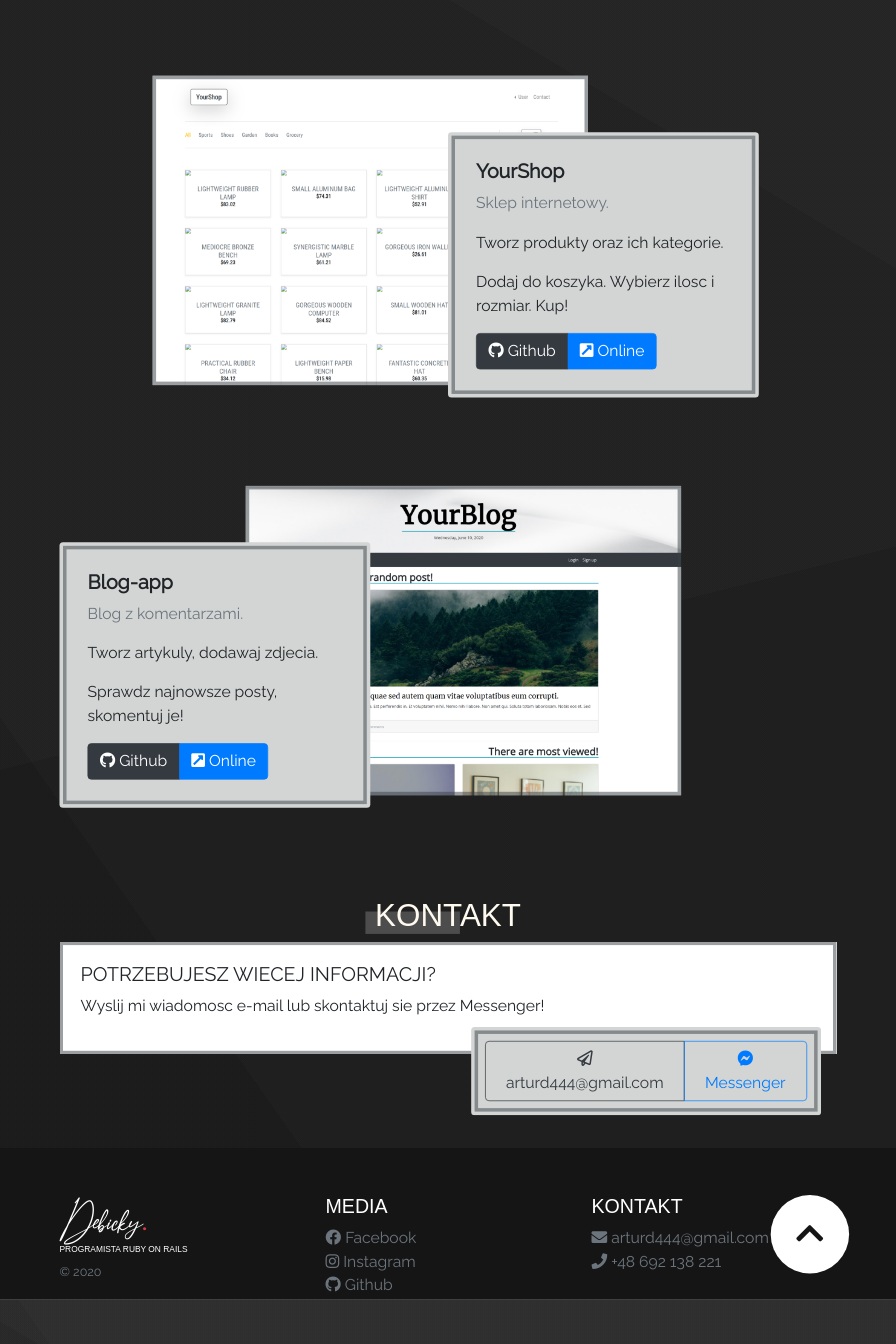
Repository: debicky/debicky.github.io
Page: index.html
The author's editor kept a copy of each file at every save. The page is drawn from the files as they stood at one save, then again after the next save.
The browser window is 1280 px wide. The pictures show the part of the page from y = 2713 to 4633 px (the page is 4633 px tall), at 70% of full size.
Some web fonts or font styles are not loaded; a fallback is used. Some web libraries are served in a nearby version.

Above is the page before, as saved 2020-06-16 09:44:01.

After the next save:
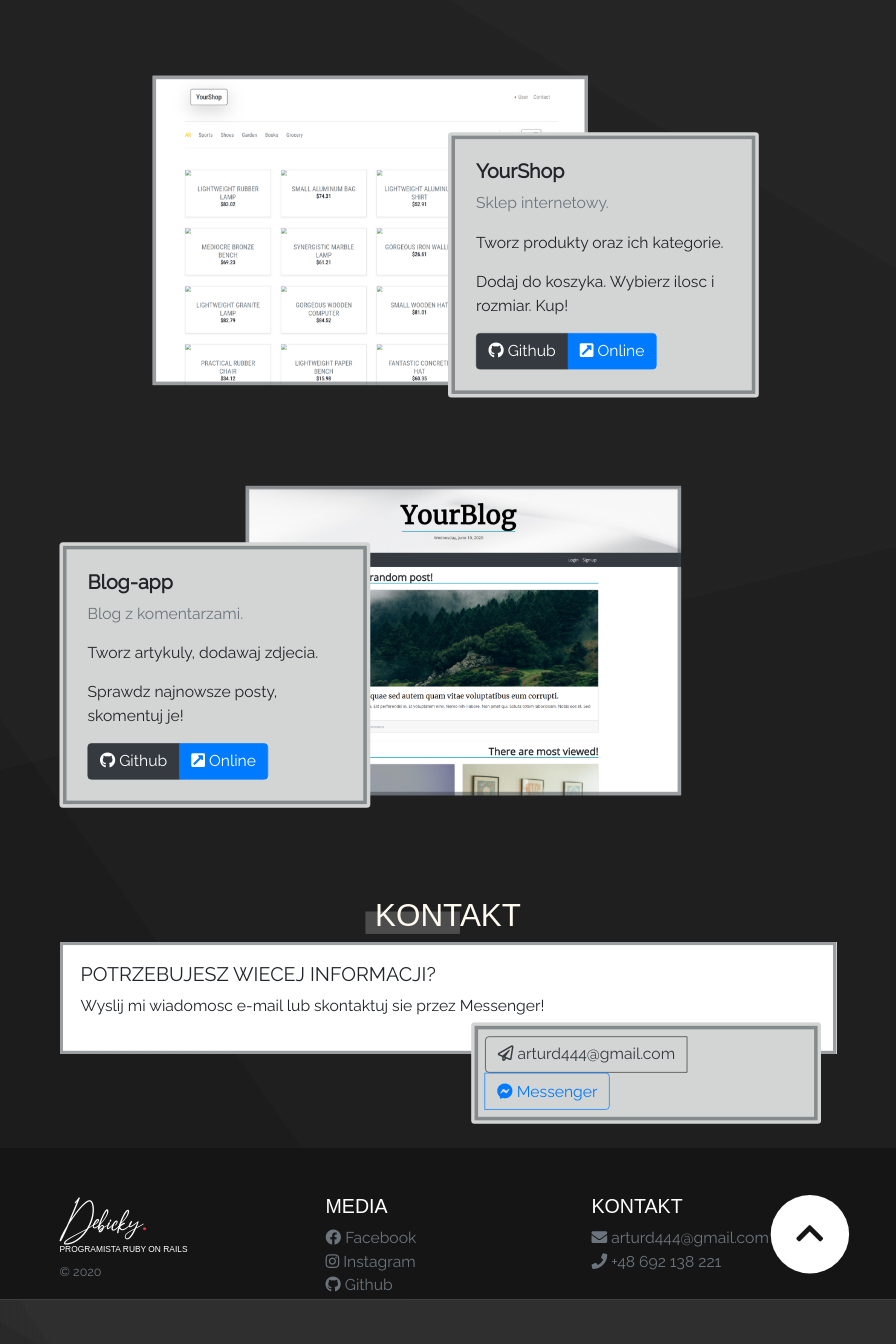
Saved 2 min 59 s later.
--- a/index.html
+++ b/index.html
@@ -165,7 +165,7 @@
           <p>Wyslij mi wiadomosc e-mail lub skontaktuj sie przez Messenger!</p>
         </div>
         <div class="minor-about-description">
-          <div class="btn-group hidden-sm hidden-xs">
+          <div class="btn-group d-none d-lg-block">
             <a href="mailto:arturd444@gmail.com" target="_blank" class="btn btn-outline-dark ">
               <i class="far fa-paper-plane"></i>
               arturd444@gmail.com

After the 2 saves that followed:
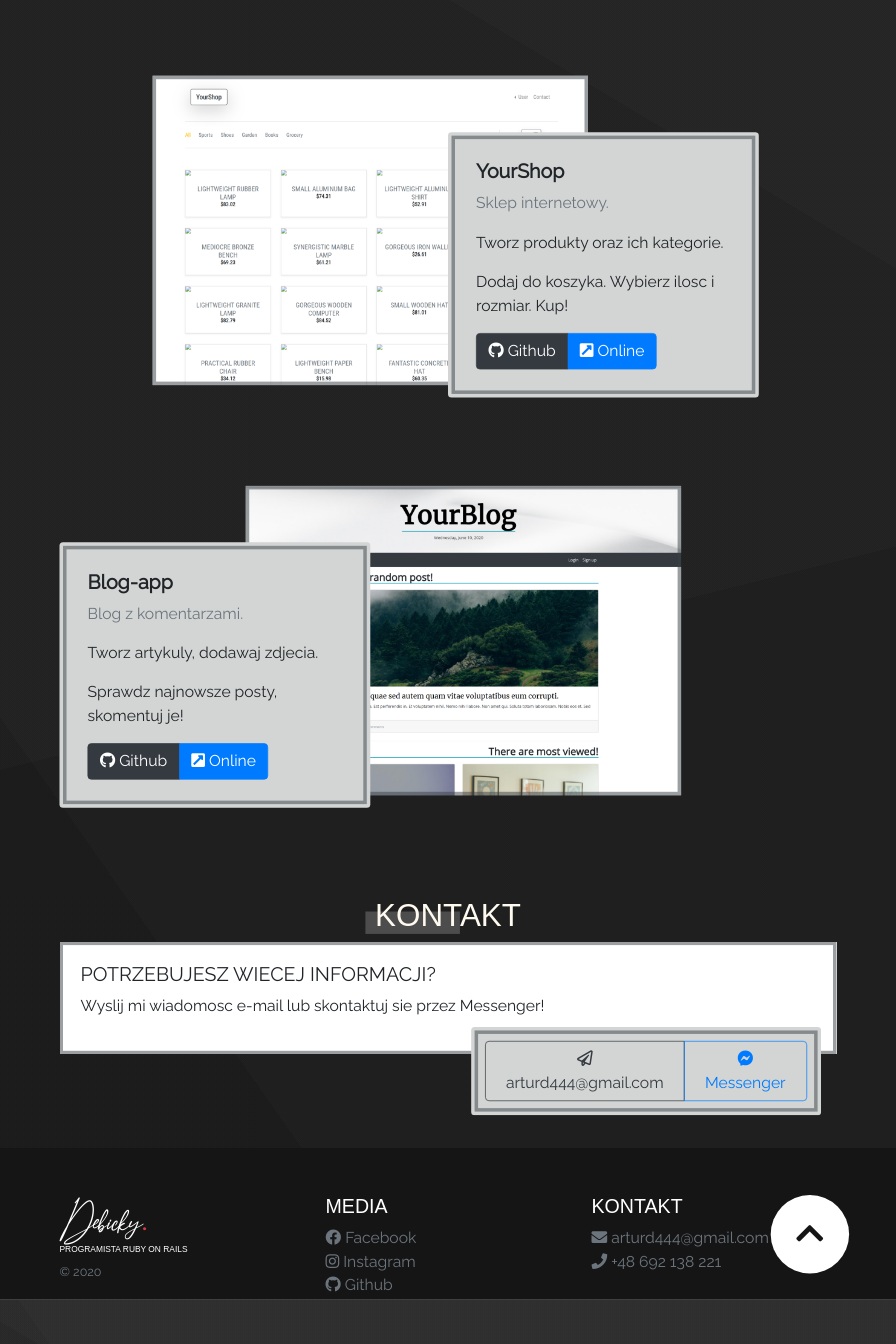
The 2 saves are shown as one change because they came seconds apart.
The last was saved 28 s later.
--- a/index.html
+++ b/index.html
@@ -165,7 +165,7 @@
           <p>Wyslij mi wiadomosc e-mail lub skontaktuj sie przez Messenger!</p>
         </div>
         <div class="minor-about-description">
-          <div class="btn-group d-none d-lg-block">
+          <div class="btn-group hidden-sm hidden-xs">
             <a href="mailto:arturd444@gmail.com" target="_blank" class="btn btn-outline-dark ">
               <i class="far fa-paper-plane"></i>
               arturd444@gmail.com
